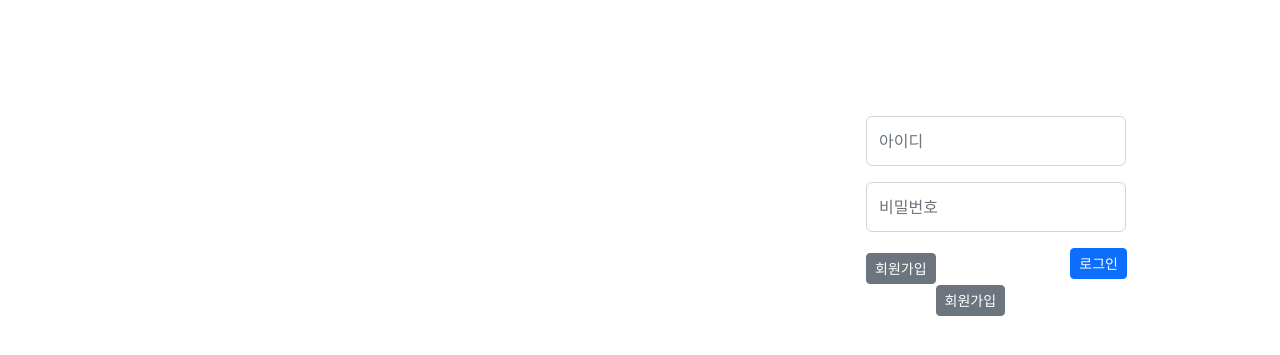
Repository: kokoko12334/myvocab-toy
Page: http://localhost/myVocabularyList/home.jsp
The author's editor kept a copy of each file at every save. The page is drawn from the files as they stood at one save, then again after the next save.
The browser window is 1280 px wide. The pictures show the whole page.
The page is served by Tomcat 9.

Above is the page before, as saved 2023-04-08 04:32:06.

After the next save:
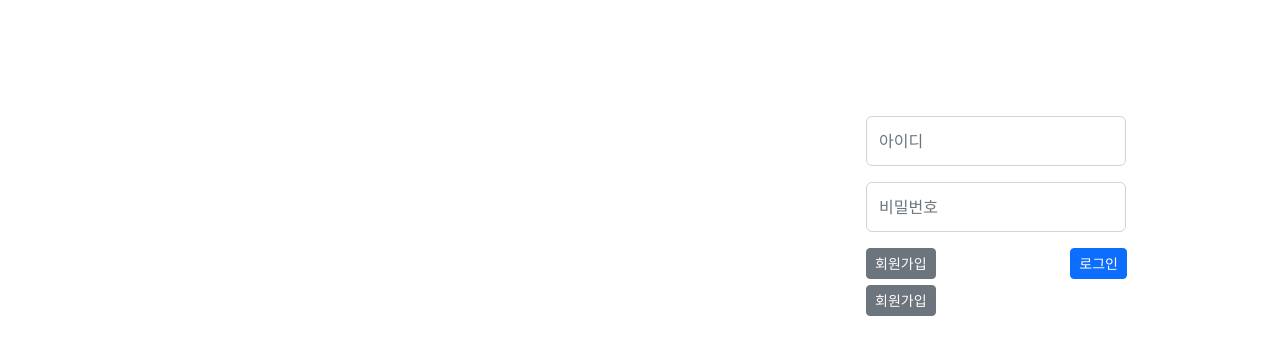
Saved 35 s later.
--- a/myVocabularyList/src/main/webapp/home.jsp
+++ b/myVocabularyList/src/main/webapp/home.jsp
@@ -19,7 +19,7 @@
 		<form action = "/login" method = "post" style="height: 164px;width: 261px;">
 			<input class="form-control my-3" style = "height:50px; width: 260px;" type = "text" name = "id" placeholder = "아이디">
 			<input class="form-control my-3" style = "height:50px; width: 260px;" type = "password" name = "pwd" placeholder = "비밀번호">
-			<div style="float: left; margin-top: 5px;">
+			<div style="float: left;">
 			<button type="button" class="btn btn-secondary btn-sm"  onClick="location.href='joinForm.jsp'">회원가입</button>
 		</div>
 			<button  class="btn btn-primary btn-sm" >로그인</button>
